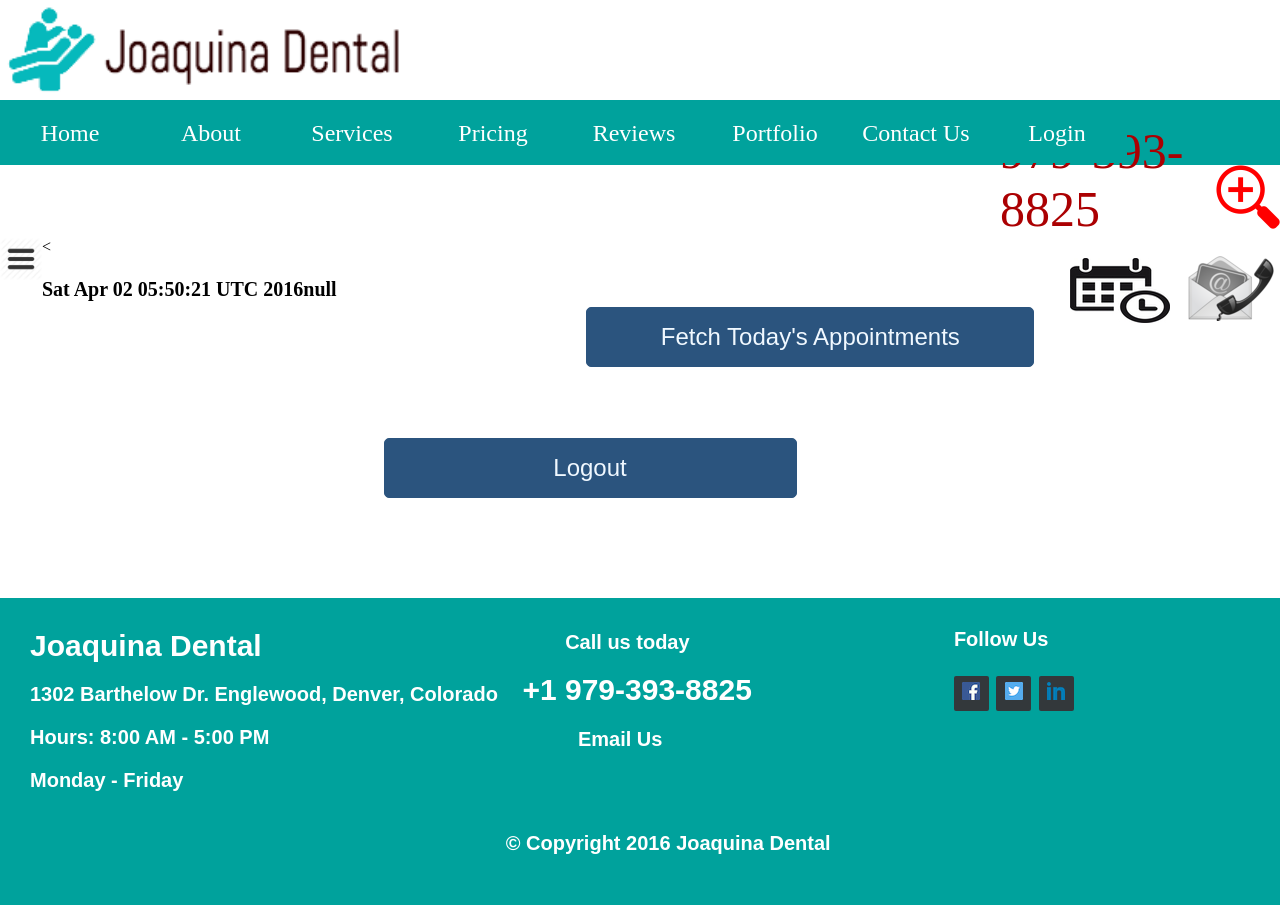
Repository: ManjushaBolishetty/test
Page: http://localhost/test/DentistHomePage.jsp
An editor plug-in stored every save of this project. The page is shown before and after the next save, followed by the edit.
The browser window is 1280 px wide. The pictures show the whole page.
The page is served by Tomcat 9. Other server files are loaded and not shown.

Above is the page before, as saved 2016-04-03 07:33:53.

### test/WebContent/DentistHomePage.jsp
<%@include file="header.jsp" %>
<%@ page import="java.io.*,java.util.*" %>
<%@ page import="javax.servlet.*,java.text.*" %>

<!DOCTYPE html PUBLIC "-//W3C//DTD HTML 4.01 Transitional//EN" "http://www.w3.org/TR/html4/loose.dtd">
<html>
<head>
    <meta http-equiv="Content-Type" content="text/html; charset=ISO-8859-1">
	<meta name="viewport" content="width=device-width, initial-scale=1">
<link href="CSS/ResponsiveForm.css" rel="stylesheet" type="text/css" />
    <<title>My Appointments</title>
</head>
<body>
<div class="Logindate">
<%
   Date date = new Date();
   out.print( "<h4 align=\"left\">" +date.toString()+ "</h4>"+ "<h4 align=\"right\">" +session.getAttribute("Dentist_Name") + "</h4>");
%>
</div>

<div class="appointment" align=center>
  <form action="HelloWorldServlet" method="post">
      <input type="submit" value="Fetch Today's Appointments" />
  </form>
</div>

<div class="Logoutbutton" align=left>
  <form action="Login" method="post">
      <input type="submit" value="Logout" />
  </form>
</div>
  <footer class="footer-distributed">
			<div class="footer-left">

				<h3>Joaquina Dental</h3>
				<p>1302 Barthelow Dr.
				Englewood, Denver, Colorado</p>
				<p >Hours: 8:00 AM - 5:00 PM</p>
				<p >Monday - Friday</p>
			</div>

			<div class="footer-center">

				<p class="callusToday">Call us today  </p><br/>
				<br/>
				<h3>+1 979-393-8825</h3><br/>
				<p class="emailUs">Email Us</p>
			</div>

			<div class="footer-right">

				<p>Follow Us</p>

				<div class="footer-icons">

					<a href="#"><i class="fa fa-facebook"></i></a>
					<a href="#"><i class="fa fa-twitter"></i></a>
					<a href="#"><i class="fa fa-linkedin"></i></a>

				</div>

			</div>
<p class="copyright" >&copy; Copyright 2016 Joaquina Dental</p>
		</footer>
</body>
</html>

### test/WebContent/header.jsp
<%@ page language="java" contentType="text/html; charset=UTF-8"
    pageEncoding="UTF-8"%>
<!DOCTYPE html>
<html>
<head>
<meta http-equiv="Content-Type" content="text/html; charset=UTF-8">
<meta name="viewport" content="width=device-width, initial-scale=1">
<link href="CSS/testeverything.css" rel="stylesheet" type="text/css" />
<style>

#zoom img {
    width: 5%;
    position: absolute;
    right: 0;
}
</style>
<title>Insert title here</title>
</head>

<body>
<div id="header">
	<img class="logoimage" src="Images/Drawing (4).png" alt="Joaquina Dental"></img>
	<span class="phonenumber">979-393-8825</span>
	<a href="#" class="scheduleanchor"><img class="Contact" src="Images/Contact_Us.png"></img></a>
	<a href="#" class="scheduleanchor"><img class="Calendar" src="Images/calendar.png"></img></a>
</div>

<div id="navmenu">
	<img class="iconimage" src="Images/collpased_menu.png"></img><label for="show-menu" class="show-menu iconlabel">Menu</label>
	<input type="checkbox" id="show-menu" role="button">

	<ul id="menu">
		  <li><a href="#">Home</a></li>
		  <li><a href="#">About</a></li>
		  <li>
		    	<a href="#">Services</a>
			    <ul class="dropdownContent">
			      <li><a href="#">Extraction</a></li>
			      <li><a href="#">Transplant</a></li>
			      <li><a href="#">Root Canal</a></li>
			      <li><a href="#">Cleaning</a></li>
			    </ul>
	  	   </li>
	  	   <li><a href="#">Pricing</a></li>
	  	   <li><a href="#">Reviews</a></li>
	  	   <li><a href="#">Portfolio</a></li>
	  	   <li><a href="#">Contact Us</a></li>
	  	   <li><a href="#">Login</a></li>
	</ul>
</div>
<div id="zoom" style="width:100%;height:0px">
	<a href="#" class=""><img class="zoom" src="Images/zoom.png"></img></a>
</div>
</body>
</html>

### test/WebContent/CSS/testeverything.css
body{
  border: 0;
  padding: 0;
  margin: 0;
  height: 100%;

}

#header{
	width:100%;
	height:100px;
  background-color:white;
}

#header h3{
	display:inline;
	width:auto;
	height:auto;
}
#header img{
	width:auto;
	float:left;
	padding-left:0px;
	height:100%;
}


.Contact{

	max-width:100%;
	height:auto;
	margin-left:10px;
	margin-top:18px;
}


.Calendar{

	max-width:100%;
	height:auto;
	margin-left:10px;
	margin-top:20px;
}

#header a{
	float:right;
	/*margin-right: 40px;*/
}
.logoSchedule{
	width:auto;
	float:left;
}

.logoContact{
	width:auto;
	float:right;
}

#navmenu{
	width:100%;
	height:65px;
	background:#00A29C;
}

ul {
	list-style-type:none;
	margin:0;
	padding:0;
	position: absolute;
}

/*Create a horizontal list with spacing*/
li {
	display:inline-block;
	float: left;
	margin-right: 1px;
}

/*Style for menu links*/
li a {
	display:block;
	min-width:140px;
	padding-top:20px;
	padding-bottom:16px;
	font-size:24px;
	text-align: center;
	font-family: 'Roboto Slab', serif;
	color: white;
	background: #00A29C;
	text-decoration: none;
}

.phonenumber{
    font-size: 50px;
    margin-left: 1000px;
    display: inline-block;
    margin-top: 22px;
    color: #ab0002;
    float:left;
}

/*Hover state for top level links*/
li:hover a {
	background: black;
}

/*Style for dropdown links*/
li:hover ul a {
	background: #e6ffff;
	color: blue;
}

/*Hover state for dropdown links*/
li:hover ul a:hover {
	background: #19c589;
	color: #fff;
}

/*Hide dropdown links until they are needed*/
li ul {
	display: none;
}

/*Make dropdown links vertical*/
li ul li {
	display: block;
	float: none;
}



/*Display the dropdown on hover*/
ul li a:hover + .dropdownContent, .dropdownContent:hover {
	display: block;
}

/*Responsive Styles*/

	.show-menu {
	font-family: "Helvetica Neue", Helvetica, Arial, sans-serif;
	text-decoration: none;
	color: #fff;
	background: #00A29C;
	text-align: center;
	padding: 10px 0;
	display: none;
}

.iconlabel{
	width:100%;
	height:auto;
	padding:1%;
}

.iconimage{
	float:left;
	height:42px;
}


.callusToday{
	padding-left:10%;
}
.emailUs{
	padding-left:13%;
}

/*Hide checkbox*/
input[type=checkbox]{
    display: none;
}

/*Show menu when invisible checkbox is checked*/
input[type=checkbox]:checked ~ #menu{
    display: block;
}

@media screen and (max-width : 832px){
	/*Make dropdown links appear inline*/
	ul {
		position: static;
		display: none;
	}

	/*Create vertical spacing*/
	li {
		margin-bottom: 1px;
	}
	/*Make all menu links full width*/
	ul li, li a {
		width: 100%;
	}
	.show-menu {
		display:block;
	}
	.imageHolder{
		display:none;
	}
	.iconlabel
	{
	padding-top:12px;
	float:left;
	width:auto;
	}
}



#Content{
	width:100%;
	height:600px;
	background:white;
}

.imageHolder{
	width:100%;
	height:400px;
	background-image: url("/BigHornDental/Images/appointment.jpg");
    background-repeat: no-repeat;
    background-size: contain;
    border: 1px solid black;
}


.login{
  width: 40%;
  font-family: lato;
  position: relative;
  color: white;
  border:1px solid blue;
  border-radius: 10px;
  background-color:blue;
  text-align:center;
}

.Logoutbutton{
	padding-right:100px;
}

.Logindate h4{
	float: left;
    font-size: 20px;
    display: block;
    line-height: 12px;
    text-align: left;
}



/*For Footer*/
footer{
padding-left:40px;
}

.footer-distributed{
	background-color: #00A29c;
	box-shadow: 0 1px 1px 0 rgba(0, 0, 0, 0.12);
	box-sizing: border-box;
	width: 100%;
	height:auto;
	text-align: left;
	font: bold 16px sans-serif;
	padding: 30px 30px;
	margin-top: 80px;
}

.footer-distributed .footer-left,
.footer-distributed .footer-center,
.footer-distributed .footer-right{
	display: inline-block;
	vertical-align: top;
}

/* Footer left */

.footer-distributed .footer-left{
	width: 40%;
}

 p{
	font-size:20px;
	color:white;
}

/* The company logo */

.footer-distributed h3{
	color:  white;
	margin: 0;
}


/* Footer links */

.footer-distributed .footer-links{
	color:  #ffffff;
	margin: 20px 0 12px;
	padding: 0;
}

.footer-distributed .footer-links a{
	display:inline-block;
	line-height: 1.8;
	text-decoration: none;
	color:  inherit;
}

.footer-distributed .footer-company-name{
	color:  #8f9296;
	font-size: 14px;
	font-weight: normal;
	margin: 0;
}

/* Footer Center */

.footer-center p{
	padding-top:3px;
}

.footer-right p{
	margin-top:0px;
}

.footer-distributed .footer-center{
	width: 35%;
}

.footer-distributed .footer-center i{
	background-color:  #33383b;
	color: #ffffff;
	font-size: 25px;
	width: 38px;
	height: 38px;
	border-radius: 50%;
	text-align: center;
	line-height: 42px;
	margin: 10px 15px;
	vertical-align: middle;
}

.footer-distributed .footer-center i.fa-envelope{
	font-size: 17px;
	line-height: 38px;
}

.footer-distributed .footer-center p{
	display: inline-block;
	color: #ffffff;
	vertical-align: middle;
	margin:0;
}

.footer-distributed .footer-center p span{
	display:block;
	font-weight: normal;
	font-size:14px;
	line-height:2;
}

.footer-distributed .footer-center p a{
	color:  white;
	text-decoration: none;;
}


/* Footer Right */

.footer-distributed .footer-right{
	width: 20%;
}

.footer-distributed .footer-company-about span{
	display: block;
	color:  black;
	font-size: 14px;
	font-weight: bold;
	margin-bottom: 20px;
}

.footer-distributed .footer-icons{
	margin-top: 25px;
}

.footer-distributed .footer-icons a{
	display: inline-block;
	width: 35px;
	height: 35px;
	cursor: pointer;
	background-color:  #33383b;
	border-radius: 2px;

	font-size: 20px;
	color: #ffffff;
	text-align: center;
	line-height: 35px;

	margin-right: 3px;
	margin-bottom: 5px;
}

.fa-twitter:before {
    content: url("../Images/twitter.png");
}
.fa-facebook:before {
    content: url("../Images/facebook.png");
}
.fa-linkedin:before {
    content: url("../Images/linkedin.png");
}

.fa-linkedin:before {
    content: url("../Images/linkedin.png");
}

.footer-left span{

}


.copyright{
	padding-left: 39%;
}

/* If you don't want the footer to be responsive, remove these media queries */

@media (max-width: 880px) {

	.footer-distributed{
		font: bold 14px sans-serif;
	}

	.footer-distributed .footer-left,
	.footer-distributed .footer-center,
	.footer-distributed .footer-right{
		display: block;
		width: 100%;
		margin-bottom: 40px;
		text-align: center;
	}

	.footer-distributed .footer-center i{
		margin-left: 0;
	}

}


/*Supports Iphone 5,6 and 6S-Plus*/

@media screen and (max-width : 440px){
	/*Make dropdown links appear inline*/
	#header img{
		width:80%;
	}

	.iconimage{
		height:100%;
		width:10%;
	}
	.iconlabel{
		font-size:30px;
	}
	.show-menu{
		font-size:30px;
	}

	#showOnMobile{
		display:block;
	}

	.Contact{
	width:80px;
	height:auto;
	margin-left:0px;
	margin-top:8px;
	}


.Calendar{

	width:80px;
	height:auto;
	margin-left:0px;
	margin-top:8px;
	}

.phonenumber{
	display:none;
	}

	.callusToday{
	padding-left:0%;
	}
	.emailUs{
		padding-left:0%;
	}

	.copyright{
		text-align:center;
		padding-left:0%;
		width:100%;
	}
}


@media screen and (max-width : 780px){
	.phonenumber{
		margin-left:70px;
	}
	.iconimage{
		height:65px;
	}
	.iconlabel{
		font-size:30px;
	}
	.callusToday{
		padding-left:0%;
		font-size:20px;
	}
	.emailUs{
		padding-left:0%;
	}
	.footer-left p{
		font-size:20px;
	}
	.footer-center p{
		font-size:20px;
	}
	.footer-right p{
		font-size:20px;
	}
	.copyright{
		text-align:center;
		padding-left:0%;
		width:100%;
	}

}

### test/WebContent/CSS/ResponsiveForm.css
* {
/* With these codes padding and border does not increase it's width and gives intuitive style.*/
box-sizing: border-box;
}

body {
	margin:0;
	padding:0;
	font-family: 'Roboto Slab', serif;
	width:100%;
}

#cover{
	width: 55%;
	margin: 30px 30% 10px 25%;
	padding:10px 0;
	border: 2px solid black;
	border-radius:10px;
}
form{
	width:70%;
	margin:4% 15%;
}
header {
    background-color: #00A29C;
    text-align: center;
    padding-top: 1px;
    padding-bottom: 8px;
    margin-top: -11px;
    margin-bottom: -8px;
    border-radius: 10px 10px 0 0;
    color: aliceblue;
    height: 100px;
    font-size: 24px;
}

h3{
	font-size: 30px;
	padding-top:1px;
}
#newuser{
	margin-right:10px;
}

label{
	font-size:24px;
}


/* Makes responsive fields. Sets size and field alignment.*/
input[type=text]{
	margin-bottom: 20px;
	margin-top: 10px;
	width:100%;
	padding: 15px;
	border-radius:5px;
	border:1px solid #7ac9b7;
	font-size:20px;
}
input[type=password]{
	margin-bottom: 20px;
	margin-top: 10px;
	width:100%;
	padding: 15px;
	border-radius:5px;
	border:1px solid #7ac9b7;
	font-size:20px;
}

input[type=radio]{
	margin-bottom: 20px;
	margin-top: 10px;
	padding: 15px;
	border-radius:5px;
	border:1px solid #7ac9b7;
	font-size:20px;
}

select{
	margin-bottom: 20px;
	margin-top: 10px;
	width:100%;
	height:25px;
	padding: 15px;
	border-radius:5px;
	border:1px solid #7ac9b7;
}

.datepicker{
	height:30px;
}

.result{
	color:blue;
}

input[type=submit]
{
	margin-bottom: 20px;
	width:50%;
	margin-left:25%;
	padding: 15px;
	border-radius:5px;
	border:1px solid #7ac9b7;
	background-color: #2b547e;
	border-color:#2b547e;
	color: aliceblue;
	font-size:24px;
	cursor:pointer;
}
#submit:hover
{
	background-color: blue;
}
textarea{
	width:100%;
	padding: 15px;
	margin-top: 10px;
	border:1px solid #7ac9b7;
	border-radius:5px;
	margin-bottom: 20px;
	resize:none;
}
input[type=text]:focus,textarea:focus {
	border-color: #4697e4;
}

@media screen and (max-width : 768px){
	h2{
		font-size:16px;
	}
	p{
		font-size:14px;
	}
	label{
		font-size:12px;
	}
	input[type=submit]{
		padding:5px;
	}
	input[type=text]{
		padding: 8px;
	}
	div#envelope{
		width: 80%;
		margin: 10px 30% 10px 11%;
	}
}

@media screen and (max-width : 415px){
	#cover{
	width: 95%;
	margin: 30px 30% 30px 2.5%;
	padding:10px 0;
	border: 2px solid black;
	border-radius:10px;
	}
	input[type=submit]{
		padding:4px;
		font-size:20px;
		white-space:normal;
	}
	input[type=text]{
		padding: 8px;
		font-size:20px;
	}

	input[type=password]{
		padding: 8px;
		font-size:20px;
	}
	label{
		font-size:22px;
	}
	h2{
		font-size:22px;
	}
	p{
		font-size:18px;
	}
	div#envelope{
		width: 80%;
		margin: 10px 30% 10px 11%;
	}

}

@media screen and (max-width : 768px){
	#cover{
	width: 90%;
	margin: 30px 30% 30px 5.5%;
	padding:10px 0;
	border: 2px solid black;
	border-radius:10px;
	}
	input[type=submit]{
		padding:4px;
		font-size:20px;
		white-space:normal;
	}
	input[type=text]{
		padding: 8px;
		font-size:20px;
	}

	input[type=password]{
		padding: 8px;
		font-size:20px;
	}
	label{
		font-size:22px;
	}
	h2{
		font-size:22px;
	}
	p{
		font-size:18px;
	}
	div#envelope{
		width: 80%;
		margin: 10px 30% 10px 11%;
	}

}

After the next save:
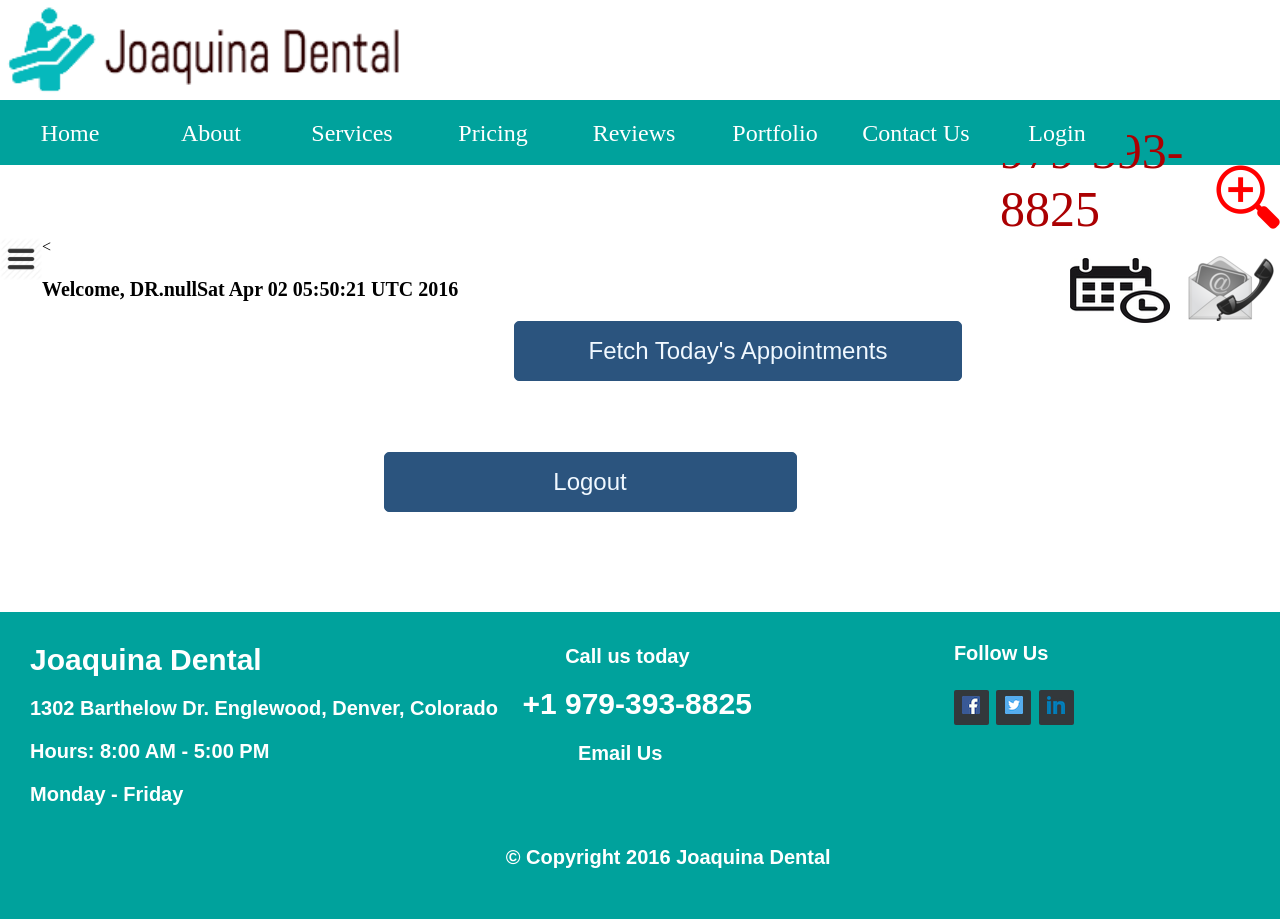
Saved 3 min 16 s later.
--- a/test/WebContent/DentistHomePage.jsp
+++ b/test/WebContent/DentistHomePage.jsp
@@ -14,7 +14,8 @@
 <div class="Logindate">
 <%
    Date date = new Date();
-   out.print( "<h4 align=\"left\">" +date.toString()+ "</h4>"+ "<h4 align=\"right\">" +session.getAttribute("Dentist_Name") + "</h4>");
+   out.print( "<h4 align=\"left\">" +"Welcome, DR." + session.getAttribute("Dentist_Name") + "</h4>");
+   out.print( "<h4 align=\"left\">" +date.toString()+ "</h4>");
 %>
 </div>
 
